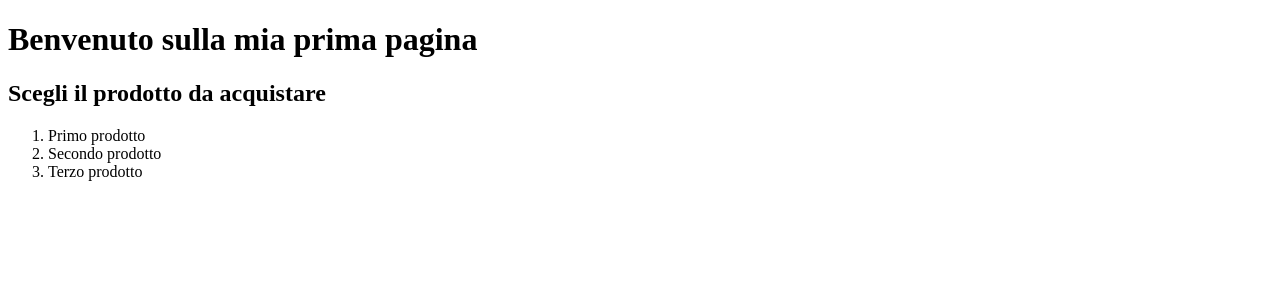
Repository: AndreaGuastaferro/Repository_Andrea_Guastaferro_Front
Page: cartella_html/NUOVO_HTML/NewFile.html
The author's editor kept a copy of each file at every save. The page is drawn from the files as they stood at one save, then again after the next save.
The browser window is 1280 px wide. The pictures show the whole page.

Above is the page before, as saved 2018-10-22 08:26:02.

After the next save:
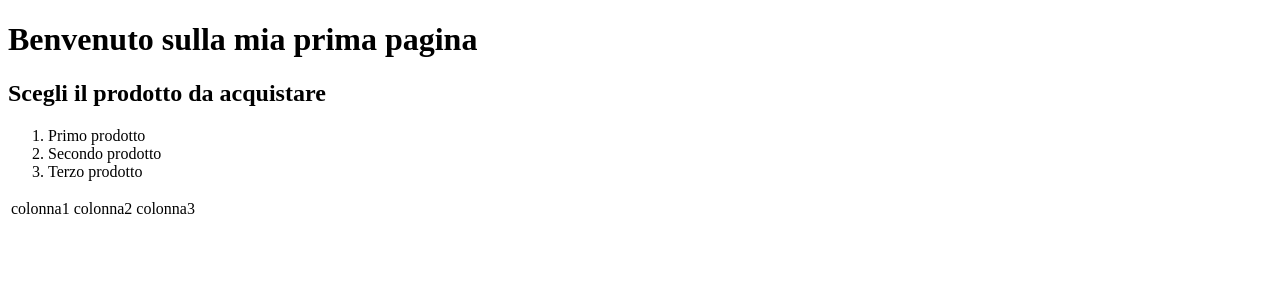
Saved 2 min 3 s later.
--- a/cartella_html/NUOVO_HTML/NewFile.html
+++ b/cartella_html/NUOVO_HTML/NewFile.html
@@ -12,5 +12,12 @@
 		<li> Secondo prodotto </li>
 		<li> Terzo prodotto </li>
 	</ol>
+
+	<table>
+		<tr>
+		<td>colonna1</td>
+		<td>colonna2</td>
+		<td>colonna3</td>
+	</table>
 </body>
 </html>
